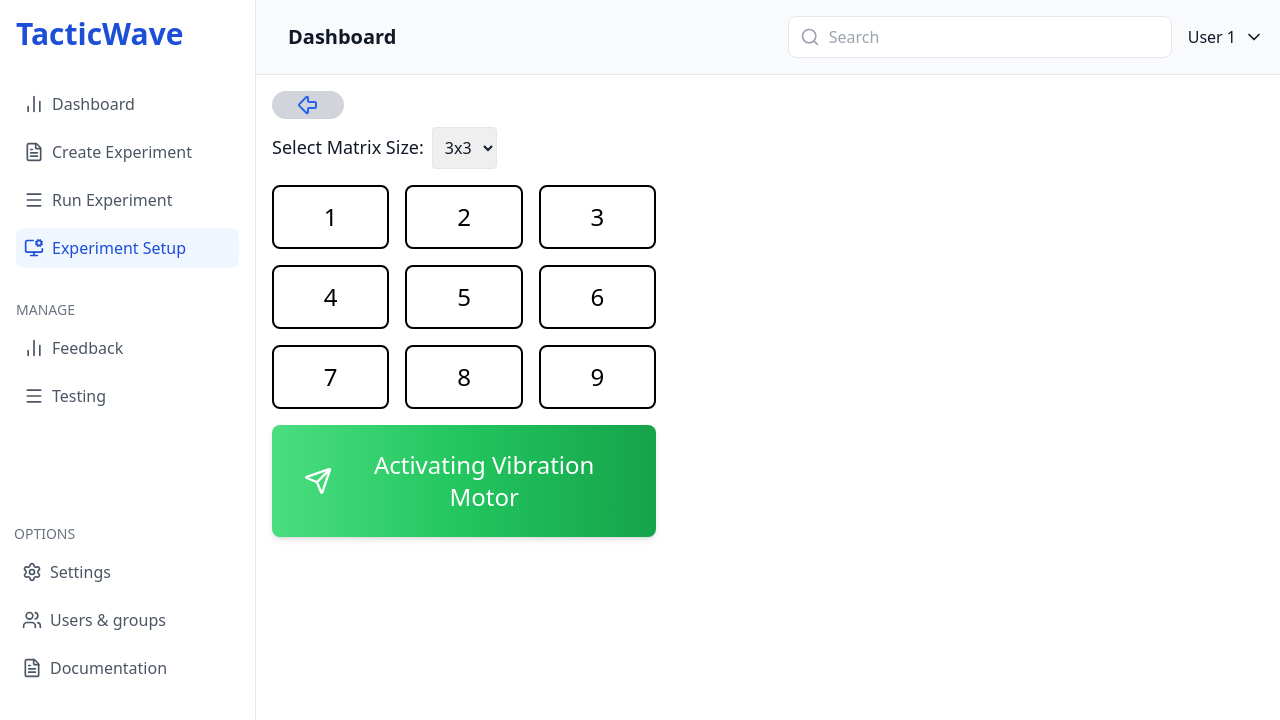
Repository: Nguyenle23/TacticWave
Page: /setup (app in Client/)
An editor plug-in stored every save of this project. The page is shown before and after the next save, followed by the edit.
The browser window is 1280 px wide. The pictures show the whole page.
The project was rebuilt for these pictures with package versions that can differ from the ones it lists, and the page was loaded fresh each time. Also part of the build but not shown: Client/vite.config.js, Client/src/components/commons/Modal.jsx, Client/src/components/dashboard/ExperimentList/ExperimentItem.jsx, Client/src/components/dashboard/ExperimentList/ExperimentList.jsx, Client/src/components/dashboard/Statistics/StatisticsCard.jsx, Client/src/components/dashboard/Statistics/Statistics.jsx, Client/src/components/dashboard/Dashboard.jsx, Client/src/pages/DashboardPage.jsx and 7 more.

Above is the page before, as saved 2024-12-07 15:11:01.

After the next save:
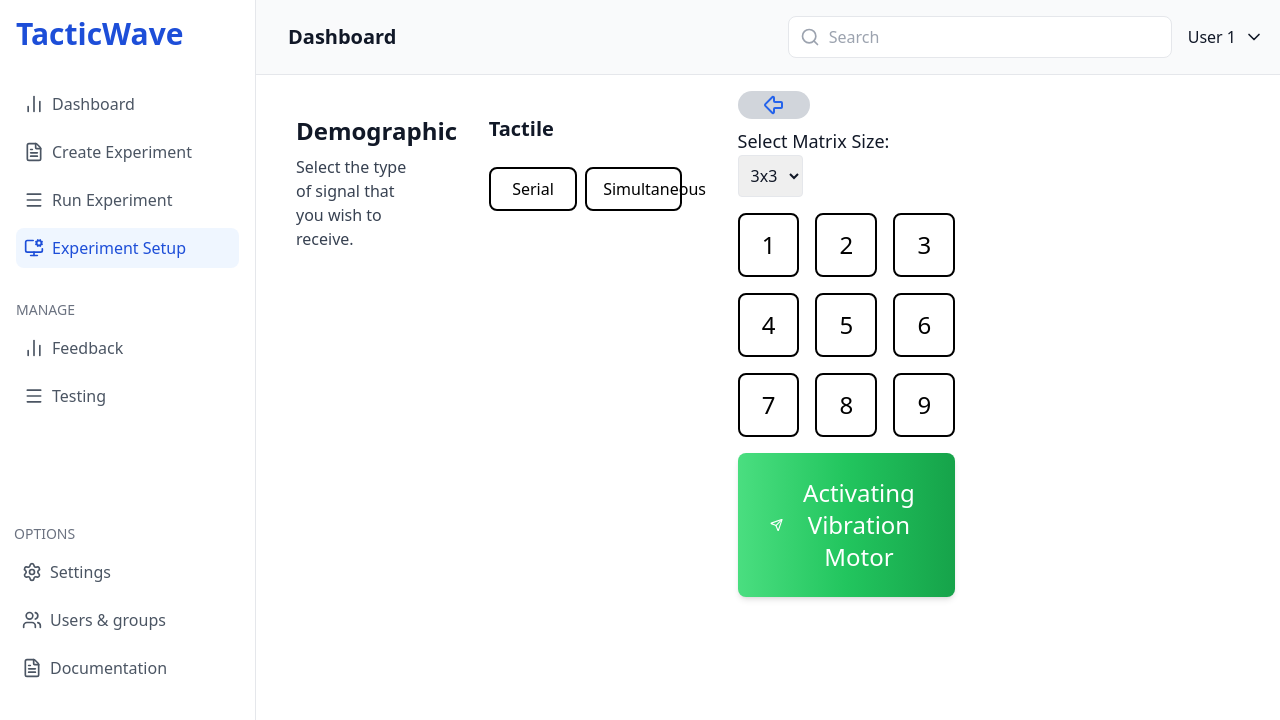
Saved 50 s later.
--- a/Client/src/components/dashboard/ExperimentSetup/ExperimentSetup.jsx
+++ b/Client/src/components/dashboard/ExperimentSetup/ExperimentSetup.jsx
@@ -151,6 +151,129 @@ export const ExperimentSetup = () => {
 
   return (
     <div className="flex flex-col md:flex-row w-full h-fit bg-gray-10 gap-8 my-4 px-4">
+      <div className = "mt:w-full">
+              {/* Demographic */}
+              <div className="flex justify-between items-start p-6">
+          {/* Phần "hello" bên trái */}
+          <div className="w-4/12">
+            <h1 className="text-2xl font-bold mb-2">Demographic</h1>
+            <p className="text-gray-700">
+              Select the type of signal that you wish to receive.
+            </p>
+          </div>
+
+          {/* Phần bên phải theo cột */}
+          <div className="w-6/12 flex flex-col space-y-4">
+            {/* Nhóm Nút "Serial" và "Simultaneous" */}
+            <h1 className="text-xl font-bold mb-2">Tactile</h1>
+            <div className="flex space-x-2">
+              <Button
+                onClick={handleSerial}
+                className={`w-1/2 py-2 rounded transition-all duration-200 ${
+                  type === "Serial" || type === "Overlap"
+                    ? "bg-blue-800 text-white shadow-md"
+                    : "bg-white border-2 border-solid border-black  hover:bg-gray-300 hover:text-black"
+                }`}
+              >
+                Serial
+              </Button>
+              <Button
+                onClick={handleSimultaneous}
+                className={`w-1/2 py-2 rounded transition-all duration-200 ${
+                  type === "Simultaneous"
+                    ? "bg-blue-800 text-white shadow-md"
+                    : "bg-white border-2 border-solid border-black  hover:bg-gray-300 hover:text-black"
+                }`}
+              >
+                Simultaneous
+              </Button>
+            </div>
+
+            {/* Các thành phần điều kiện khi chọn Serial hoặc Overlap */}
+            {(openSeq || openSerial) && (
+              <div className="flex flex-col space-y-4">
+                {openSeq && (
+                  <div>
+                    <label className="block text-lg font-medium text-gray-700 mb-2">
+                      Duration (0 - 15): {delay}
+                    </label>
+                    <div className="relative">
+                      <input
+                        type="range"
+                        min="0"
+                        max="15"
+                        value={delay}
+                        onChange={(e) => setDelay(e.target.value)}
+                        className="w-full h-2 bg-gray-200 rounded-lg appearance-none cursor-pointer
+                               focus:outline-none focus:ring-0
+                               [&::-webkit-slider-thumb]:appearance-none [&::-webkit-slider-thumb]:w-4
+                               [&::-webkit-slider-thumb]:h-4 [&::-webkit-slider-thumb]:bg-blue-500
+                               [&::-webkit-slider-thumb]:rounded-full [&::-webkit-slider-thumb]:cursor-pointer
+                               [&::-webkit-slider-thumb]:transition-all [&::-webkit-slider-thumb]:duration-150
+                               [&::-webkit-slider-thumb]:hover:scale-110
+                               [&::-moz-range-thumb]:appearance-none [&::-moz-range-thumb]:w-4
+                               [&::-moz-range-thumb]:h-4 [&::-moz-range-thumb]:bg-blue-500
+                               [&::-moz-range-thumb]:border-0
+                               [&::-moz-range-thumb]:rounded-full [&::-moz-range-thumb]:cursor-pointer
+                               [&::-moz-range-thumb]:transition-all [&::-moz-range-thumb]:duration-150
+                               [&::-moz-range-thumb]:hover:scale-110
+                               [&::-moz-range-progress]:bg-blue-500 [&::-moz-range-progress]:rounded-l-lg
+                               [&::-moz-range-track]:bg-gray-200 [&::-moz-range-track]:rounded-lg"
+                        style={{
+                          background: getSliderBackground(delay, 15),
+                        }}
+                      />
+                    </div>
+                  </div>
+                )}
+
+                {openSerial && (
+                  <>
+                    <SwitchButton
+                      isOn={type === "Overlap"}
+                      onSwitchChange={handleSwitchChange}
+                    />
+
+                    <div>
+                      <label className="block text-lg font-medium text-gray-700 mb-2">
+                        Delay between nodes (0 - 15): {delayPerNode}
+                      </label>
+                      <div className="relative">
+                        <input
+                          type="range"
+                          min="0"
+                          max="15"
+                          step="0.1"
+                          value={delayPerNode}
+                          onChange={(e) => setDelayPerNode(e.target.value)}
+                          className="w-full h-2 bg-gray-200 rounded-lg appearance-none cursor-pointer
+                                 focus:outline-none focus:ring-0
+                                 [&::-webkit-slider-thumb]:appearance-none [&::-webkit-slider-thumb]:w-4
+                                 [&::-webkit-slider-thumb]:h-4 [&::-webkit-slider-thumb]:bg-blue-500
+                                 [&::-webkit-slider-thumb]:rounded-full [&::-webkit-slider-thumb]:cursor-pointer
+                                 [&::-webkit-slider-thumb]:transition-all [&::-webkit-slider-thumb]:duration-150
+                                 [&::-webkit-slider-thumb]:hover:scale-110
+                                 [&::-moz-range-thumb]:appearance-none [&::-moz-range-thumb]:w-4
+                                 [&::-moz-range-thumb]:h-4 [&::-moz-range-thumb]:bg-blue-500
+                                 [&::-moz-range-thumb]:border-0
+                                 [&::-moz-range-thumb]:rounded-full [&::-moz-range-thumb]:cursor-pointer
+                                 [&::-moz-range-thumb]:transition-all [&::-moz-range-thumb]:duration-150
+                                 [&::-moz-range-thumb]:hover:scale-110
+                                 [&::-moz-range-progress]:bg-blue-500 [&::-moz-range-progress]:rounded-l-lg
+                                 [&::-moz-range-track]:bg-gray-200 [&::-moz-range-track]:rounded-lg"
+                          style={{
+                            background: getSliderBackground(delayPerNode, 15),
+                          }}
+                        />
+                      </div>
+                    </div>
+                  </>
+                )}
+              </div>
+            )}
+          </div>
+        </div>
+      </div>
       <div className="md:w-2/5 w-full">
         {/* Top navigation and action buttons */}
         <div className="flex items-center justify-between mb-2">
